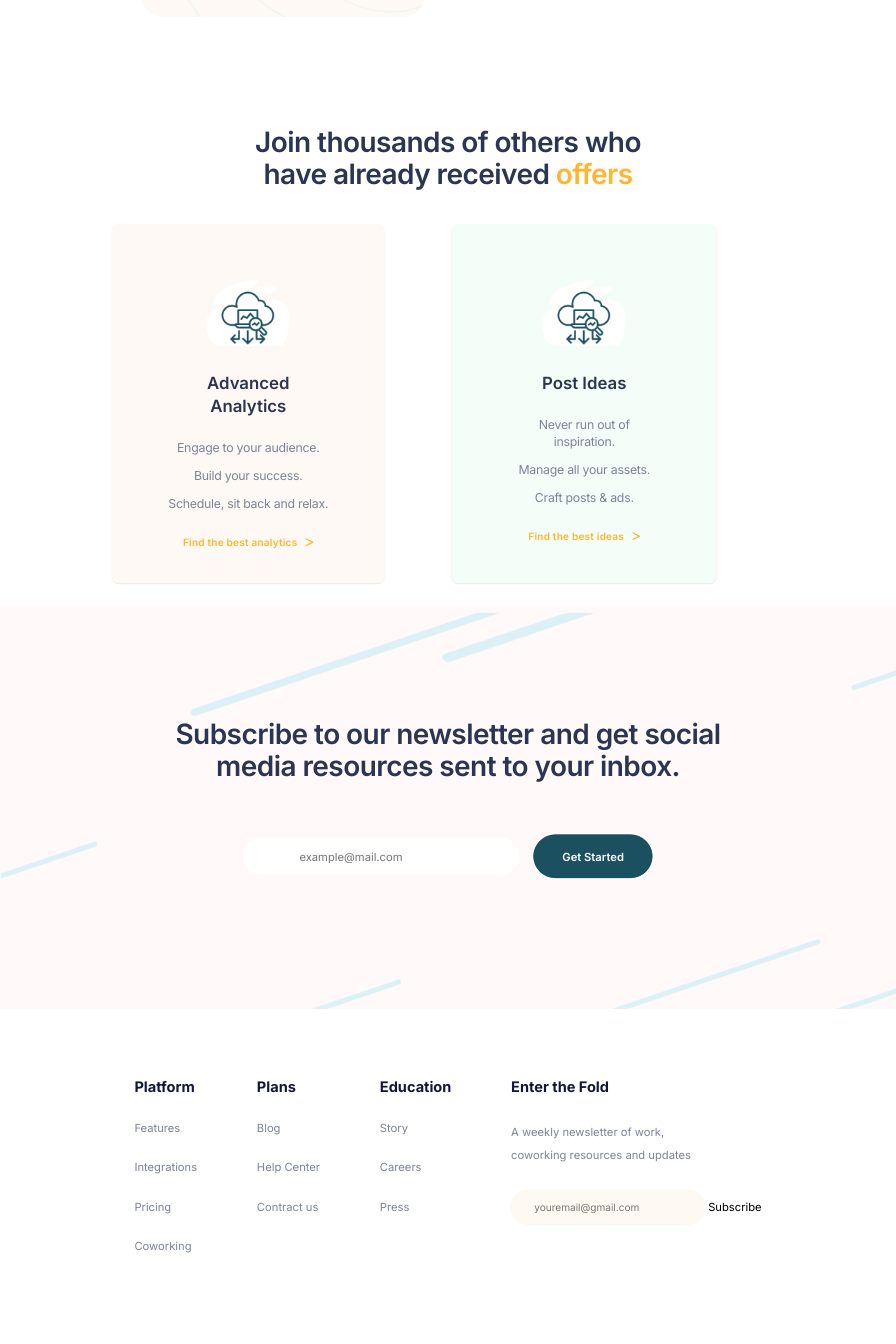
Repository: badhon252/Clickbay
Page: index.html
These files come from the project's save history. The page is drawn as it stood at one moment and after the next save; the edit follows.
The browser window is 1280 px wide. The pictures show the part of the page from y = 2695 to 4615 px (the page is 4615 px tall), at 70% of full size.
The style sheet was rebuilt from its Sass, Less or Tailwind sources for each picture, by a compiler version that may differ from the author's.

Above is the page before, as saved 2022-09-05 19:44:57.

### index.html
<!DOCTYPE html>
<html lang="en">

<head>
    <meta charset="UTF-8">
    <meta http-equiv="X-UA-Compatible" content="IE=edge">
    <meta name="viewport" content="width=device-width, initial-scale=1.0">
    <!-- fontawesome cdn  -->
    <link rel="stylesheet" href="https://cdnjs.cloudflare.com/ajax/libs/font-awesome/6.2.0/css/all.min.css">
    <link rel="stylesheet" href="./scss/style.css">
    <title>Clickbay</title>
</head>

<body>
    <header class="">
        <img src="./images/Group 676.svg" alt="" class="header-img">
        <div class="container">


            <nav class="navbar">
                <div class="navbar_brand">
                    <img src="./images/logo.svg" alt="Image not found!">
                </div>

                <ul class="nav">
                    <li class="nav-items"><a href="" class="nav-links">Solutions</a></li>
                    <li class="nav-items"><a href="" class="nav-links">Company</a></li>
                    <li class="nav-items"><a href="" class="nav-links">Platform</a></li>
                </ul>

                <div class="nav-btns">
                    <button class="btn nav-log">Log in</button>
                    <button class="btn nav-start">Get Started</button>
                </div>
            </nav>

            <div class="header-content">
                <h1 class="h1 my-4 text-center">
                    Perfect media with <br> perfect Partner , we!!
                </h1>
                <img src="./images/Vector 735.png" alt="" class="signature text-center">
                <p class="text-center">Collaborate with your clients and teams to plan, post, and measure.</p>

                <div class="company-stat">
                    <div class="row">
                        <div class="col-md-4">
                            <img src="./images/Group 689.png" class="" alt="">
                        </div>
                        <div class="col-md-4 subscriber">
                            <span class="">+99</span>
                            <div>
                                <h2>People subscribed today</h2>
                                <img src="./images/Group 678.png" alt="">
                            </div>
                        </div>
                        <div class="col-md-4 follow">
                            <div class="follower">

                                <img src="./images/Group 1037.svg" alt="">
                                <div>
                                    <h3>2.938</h3>
                                    <p>Followers gained after this post</p>
                                </div>
                            </div>
                            <div class="following">
                                <img src="./images/Group 1041.svg" alt="">
                            </div>
                        </div>
                    </div>
                </div>

                <img src="./images/Group 933.png" alt="" class="group-933">

            </div>
        </div>
    </header>

    <section class="second_section container">
        <h2 class="h2 my-3">
            Streamline your social media <br> management <span> workflow.</span>
        </h2>
        <div class="row">

            <div class="card">
                <img src="./images/Show.svg" class="my-1" alt="">
                <h3 class="my-1">Post review</h3>
                <p class="my-1">Regular training webinars, live chat, <br> and a library of how-to articles are all<br>
                    there to help
                    you make
                    the most of<br> our platform.</p><button class="btn">
                    <a href="#">Learn More</a>
                </button>
            </div>

            <div class="card">
                <img src="./images/Category.svg" class="my-1" alt="">
                <h3 class="my-1">Smart Queues</h3>
                <p class="my-1">Regular training webinars, live chat, <br> and a library of how-to articles are all<br>
                    there to help
                    you make
                    the most of<br> our platform.</p><button class="btn">
                    <a href="#">Learn More</a>
                </button>
            </div>

            <div class="card">
                <img src="./images/Chart.svg" class="my-1" alt="">
                <h3 class="my-1">Smart Queues</h3>
                <p class="my-1">Regular training webinars, live chat, <br> and a library of how-to articles are all<br>
                    there to help
                    you make
                    the most of<br> our platform.</p><button class="btn">
                    <a href="#">Learn More</a>
                </button>
            </div>

        </div>

    </section>

    <section class="third_section container">
        <div class="row my-5">
            <div class="col-md-6"><img src="./images/Group 703.png" alt=""></div>
            <div class="col-md-6 third_section_texts">
                <h2 class="my-2">Understand your <br> <span> audience</span> </h2>
                <p>Uncover trends and actionable insights from social data to <br>inform brand and business strategy.
                    We are
                    dedicated to
                    <br>establishing and maintaining.
                </p>
                <div class="my-2">
                    <a href="#">Get Started<i class="fa-solid fa-arrow-right"></i></a>
                </div>
            </div>
        </div>
    </section>

    <section class="fourth_section container">
        <h1 class="my-3">Join thousands of others who <br> have already received <span> offers</span> </h1>
        <div class="row my-2">
            <div class="col-md-6 card analytics">
                <img src="./images/Group 951.png" alt="">
                <h2 class="my-2">
                    Advanced Analytics
                </h2>
                <p class="my-1">Engage to your audience.</p>
                <p class="my-1">Build your success.</p>
                <p class="my-1">Schedule, sit back and relax.</p>

                <div class="my-2">
                    <a href="#">Find the best analytics <i class="fa-solid fa-greater-than"></i></a>
                </div>
            </div>
            <div class="col-md-6 card ideas">
                <img src="./images/Group 951.png" alt="">
                <h2 class="my-2">
                    Post Ideas
                </h2>
                <p class="my-1">Never run out of inspiration.</p>
                <p class="my-1">Manage all your assets.</p>
                <p class="my-1">Craft posts & ads.</p>

                <div class="my-2">
                    <a href="#">Find the best ideas <i class="fa-solid fa-greater-than"></i></a>
                </div>
            </div>
        </div>
    </section>

    <section class="fifth_section ">
        <div class="card container">
            <h1 class="my-3">Subscribe to our newsletter and get social <br> media resources sent to your inbox.</h1>
            <form action="">
                <input type="email" id="mail" placeholder="example@mail.com"> <label for="mail">Get Started</label>
            </form>
        </div>
    </section>

    <footer class="footer">
        <div class="row">
            <div class="col-md-3">
                <ul>
                    <h1>Platform</h1>
                    <li><a href="">Features</a></li>
                    <li><a href="">Integrations</a></li>
                    <li><a href="">Pricing</a></li>
                    <li><a href="">Coworking</a></li>
                </ul>
            </div>
            <div class="col-md-3">
                <ul>
                    <h1>Plans</h1>
                    <li><a href="">Blog</a></li>
                    <li><a href="">Help Center</a></li>
                    <li><a href="">Contract us</a></li>
                </ul>
            </div>
            <div class="col-md-3">
                <ul>
                    <h1>Education</h1>
                    <li><a href="">Story</a></li>
                    <li><a href="">Careers</a></li>
                    <li><a href="">Press</a></li>
                </ul>
            </div>
            <div class="col-md-3">

                <h1>Enter the Fold</h1>
                <p>A weekly newsletter of work,<br> coworking resources and updates</p>
                <form action="#">
                    <input type="email" name="mail" id="mail" placeholder="youremail@gmail.com">
                    <label for="mail">Subscribe</label>
                </form>
            </div>
        </div>
    </footer>
</body>

</html>

### scss/style.scss
@import url("https://fonts.googleapis.com/css2?family=Inter:wght@400;600;700;800;900&display=swap");
* {
  margin: 0;
  padding: 0;
  box-sizing: border-box;
  font-family: "Inter", sans-serif;
  // font-family: 'Poppins';
}
.container {
  margin: 0 10rem;
}
.btn {
  outline: none;
  border: none;
  padding: 15px 30px;
  font-size: 1rem;
  background-color: transparent;
  cursor: pointer;
}
.h1 {
  font-size: 4rem;
}
.text-center {
  text-align: center;
}
// margin
.my-1 {
  margin: 1rem 0;
}
.my-2 {
  margin: 2rem 0;
}
.my-3 {
  margin: 3rem 0;
}
.my-4 {
  margin: 4rem 0;
}
.my-5 {
  margin: 5rem 0;
}

span {
  color: #ffb531;
}
// grid system using flex
.row {
  display: flex;
  justify-content: space-between;
  max-width: 100%;
  .col-md-6 {
    max-width: 50%;
  }
}
//==============================
//===================
//==============================

header {
  .row {
    display: flex;
    justify-content: space-evenly;
    align-items: center;
  }
  background-color: #fdf9f4;
  min-height: 100vh;
  position: relative;
  overflow: hidden;

  .header-img {
    position: absolute;
    bottom: 0;
    right: 0;
    z-index: 1;
    width: 100%;
  }
  .navbar {
    color: #282b4d;
    padding: 2rem 0;
    display: flex;
    justify-content: space-between;
    align-items: center;
    font-weight: 500;
    .nav {
      display: flex;
      .nav-items {
        margin-left: 3rem;
        list-style-type: none;
        .nav-links {
          text-decoration: none;
          color: black;
          font-size: 1.1rem;
          font-weight: 500;
        }
      }
    }

    .nav-start {
      border: 1px solid #1a5365;
      box-shadow: 0px 25px 35px -20px rgba(232, 236, 243, 0.5);
      border-radius: 10px;
      color: #154f61;
      font-weight: 600;
      margin-left: 10px;
    }
  }

  .header-content {
    .h1 {
      font-weight: 800;
      margin-bottom: -0.6rem;
      color: #12163c;
    }
    .signature {
      display: block;
      margin: 0 auto;
      transform: translateX(217px);
    }
    p {
      font-size: 1.2rem;
      font-weight: 500;
      line-height: 27px;
      color: #12163c94;
    }

    .company-stat {
      transform: translateY(-120px);
      .subscriber {
        display: flex;
        align-items: center;
        background-color: #fff;
        padding: 1.5rem;
        border-radius: 22px;
        span {
          font-weight: 600;
          font-size: 40px;
          line-height: 60px;
          background-color: #fef9f4;
          color: #ffb531;
          padding: 10px;
          border-radius: 15px;
          margin-right: 1.5rem;
        }
        h2 {
          font-size: 1.1rem;
          font-weight: 600;
          padding-bottom: 1rem;
        }
      }

      .follow {
        position: relative;
        z-index: 11;

        .follower {
          display: flex;
          align-items: center;
          background-color: #fff;
          padding: 1.5rem;
          border-radius: 22px;
          img {
            padding-right: 1rem;
          }
          h3 {
            font-size: 1.1rem;
          }
          p {
            font-size: 14px;
          }
        }
        .following {
          position: absolute;
          top: 42px;
          right: -70px;
        }
      }
    }

    .group-933 {
      position: relative;
      margin: 0 auto;
      top: -240px;
      display: block;
      z-index: 9999;
    }
  }
}

.second_section {
  padding: 4rem 0;
  .row {
    display: flex;
    justify-content: space-between;
    align-items: center;
  }
  h2 {
    font-size: 2.5rem;
    font-weight: 600;
    span {
      color: #ffb531;
    }
  }

  .card {
    padding: 1rem 2.5rem;
    border-radius: 10px;

    box-shadow: rgba(0, 0, 0, 0.04) 0px 3px 5px;
    &:hover {
      box-shadow: rgba(17, 17, 26, 0.05) 0px 4px 16px,
        rgba(17, 17, 26, 0.05) 0px 8px 32px;
    }
    img {
      background-color: #336675;
      padding: 1rem;
      border-radius: 50%;
    }

    h3 {
      font-size: 1.4rem;
      font-weight: 600;
      line-height: 29px;
    }

    p {
      line-height: 32px;
      letter-spacing: -0.01em;
      color: #7b8498;
      margin-bottom: 3rem;
    }

    .btn {
      border: 1px solid #1a5365;
      border-radius: 10px;
      padding: 15px 35px;
      margin: 1rem 0;
      // display: none;

      &:hover {
        background-color: #000;
      }
      &:hover a {
        background-color: #000;
        color: #fff;
      }
      a {
        text-decoration: none;
        color: #154f61;
        line-height: 30px;
        font-size: 1.1rem;
        &:hover {
          background-color: #000;
          color: #fff;
        }
      }
    }
    // &:hover .btn {
    //   display: block;
    // }
  }
}

.third_section {
  overflow: hidden;

  .row {
    justify-content: space-around;
  }
  h2 {
    color: #1e1d4c;
    font-weight: 600;
    font-size: 2.5rem;
    line-height: 46px;

    /* or 128% */
    letter-spacing: -0.02em;
  }
  p {
    font-size: 1.1rem;
    line-height: 32px;
    letter-spacing: -0.01em;
    color: #7b8498;
  }

  a {
    font-weight: 600;
    font-size: 16px;
    line-height: 24px;
    letter-spacing: -0.01em;
    color: #ffb531;
    text-decoration: none;
    &:hover {
      color: #ffa200;
      text-decoration: underline;
    }
    i {
      margin: 0 1rem;
    }
  }

  .third_section_texts {
    align-self: center;
  }
}

.fourth_section {
  text-align: center;
  h1 {
    font-weight: 600;
    font-size: 2.5rem;
    line-height: 46px;
    text-align: center;
    letter-spacing: -0.02em;
    color: #2a3554;
  }
  .row {
    justify-content: center;
    .card {
      margin-right: 6rem;
      padding: 5rem 5rem 1rem 5rem;
      box-shadow: rgba(0, 0, 0, 0.1) 0px 1px 2px 0px;
      h2 {
        font-weight: 600;
        font-size: 1.5rem;
        line-height: 33px;
        color: #2a3554;
      }
      p {
        font-size: 1.1rem;
        line-height: 24px;
        letter-spacing: -0.02em;
        color: #7b8498;
      }
      a {
        text-decoration: none;
        font-weight: 600;
        font-size: 0.9rem;
        line-height: 21px;
        letter-spacing: 0.02em;
        color: #ffb531;
        &:hover {
          text-decoration: underline;
        }
        i {
          padding-left: 0.5rem;
          font-weight: 700;
        }
      }
    }
    .analytics {
      background: #fef9f4;
      border-radius: 10px;
    }
    .ideas {
      background: #f4fef9;
      border-radius: 10px;
    }
  }
}

.fifth_section {
  background: #fff9f9;
  background-image: url("../images/pattern.png");
  padding: 5rem 0;
  .card {
    padding: 2rem 0;
    text-align: center;
    h1 {
      font-weight: 600;
      font-size: 2.5rem;
      line-height: 46px;
      text-align: center;
      letter-spacing: -0.02em;
      color: #2a3554;
    }
    form {
      margin: 5rem 0;
    }
    input {
      padding: 1rem 5rem;
      background-color: rgb(255, 255, 255);
      font-size: 1rem;
      outline: none;
      border: none;
      border-radius: 35px;
      margin-right: 1rem;
      &:focus {
        outline: 1px solid blue;
      }
    }
    label {
      font-size: 1rem;
      padding: 20px 40px;
      background: #1b5060;
      border-radius: 35px;
      color: #fff;
      font-weight: 600;
      border: 1px solid #1b5060;
      cursor: pointer;
      &:hover {
        border: 1px solid black;
        background-color: #fff;
        color: #000;
      }
    }
  }
}

.footer {
  margin: 6rem 12rem;
  h1 {
    font-weight: 700;
    font-size: 1.3rem;
    line-height: 30px;
    color: #12163c;
  }
  li {
    list-style-type: none;
    margin: 2rem 0;
    a {
      text-decoration: none;
      font-weight: 400;
      font-size: 16px;
      line-height: 24px;
      text-align: center;
      color: #7b8498;
    }
  }
  p {
    margin: 2rem 0;
    font-size: 1rem;
    line-height: 34px;
    color: #7b8498;
  }
  form {
    input {
      padding: 1rem 2rem;
      outline: none;
      font-size: 0.9rem;
      border: 1px solid rgba(0, 0, 0, 0.014);
      background-color: #fffaf1;
      border-radius: 35px;
    }
  }
}

After the next save:
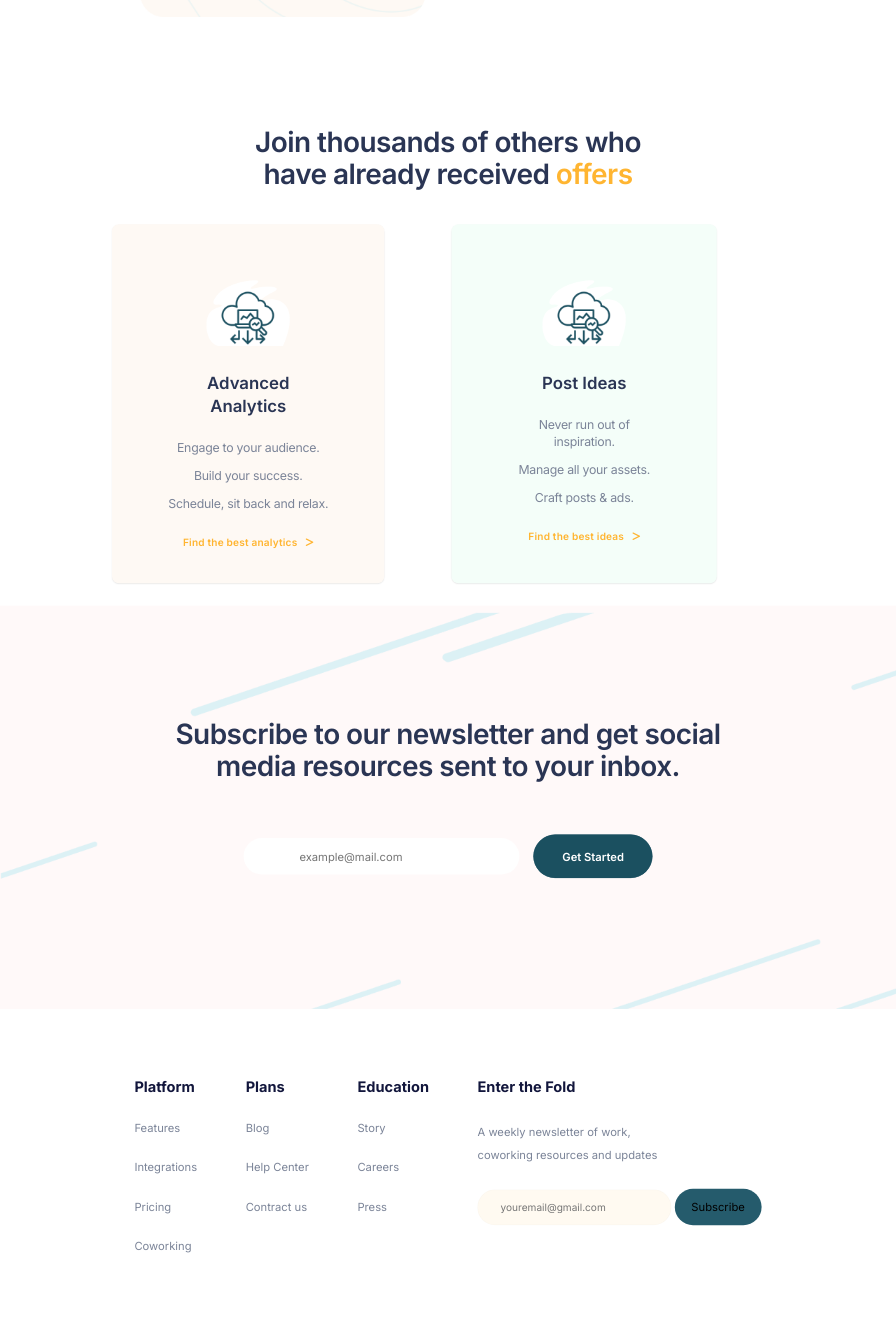
Saved 103 s later.
--- a/scss/style.scss
+++ b/scss/style.scss
@@ -441,5 +441,10 @@ header {
       background-color: #fffaf1;
       border-radius: 35px;
     }
-  }
-}
+    label {
+      padding: 1rem 1.5rem;
+      background: #255b6c;
+      border-radius: 39px;
+    }
+  }
+}
